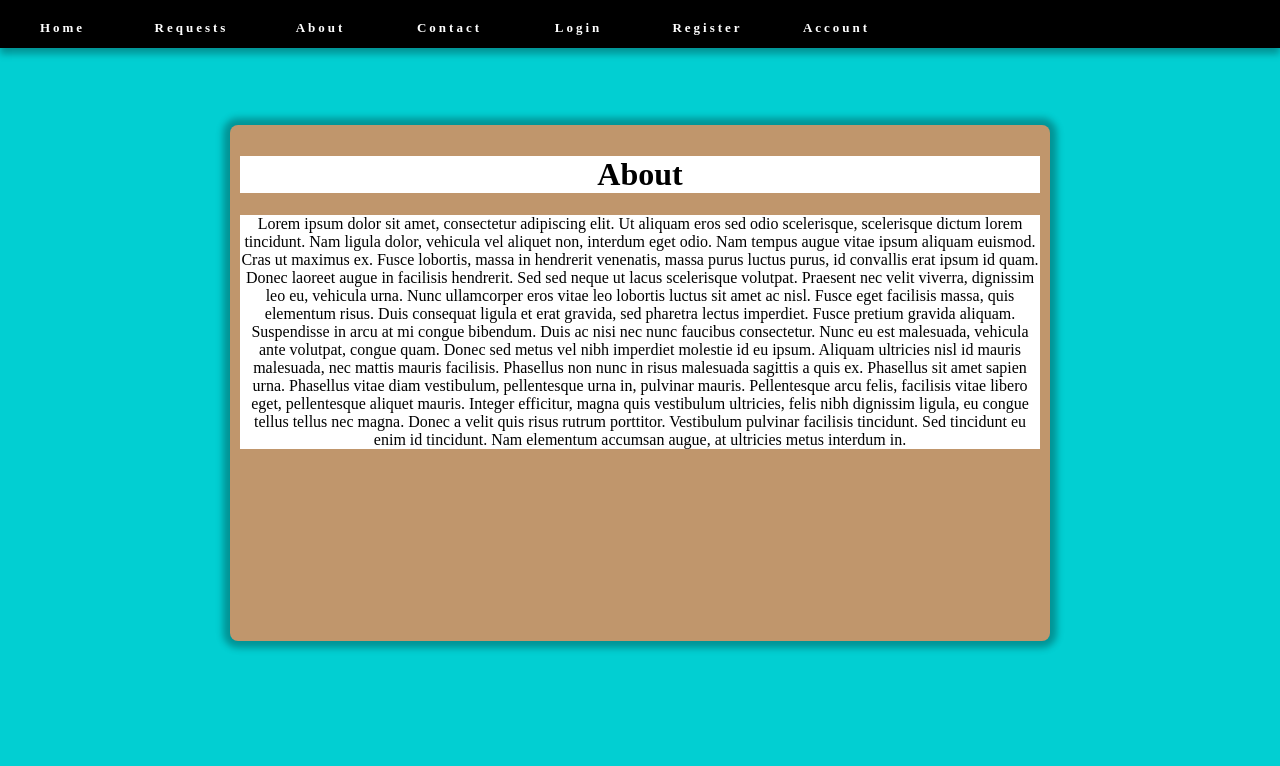
Repository: mailog/Tomorrow
Page: http://localhost/about
The author's editor kept a copy of each file at every save. The page is drawn from the files as they stood at one save, then again after the next save.
The browser window is 1280 px wide. The pictures show the whole page.
The page is this project's Thymeleaf template; nobody is signed in. The template is opened directly, without the code that normally fills it, so the values that code supplies are empty.

Above is the page before, as saved 2017-07-30 06:09:50.

After the next save:
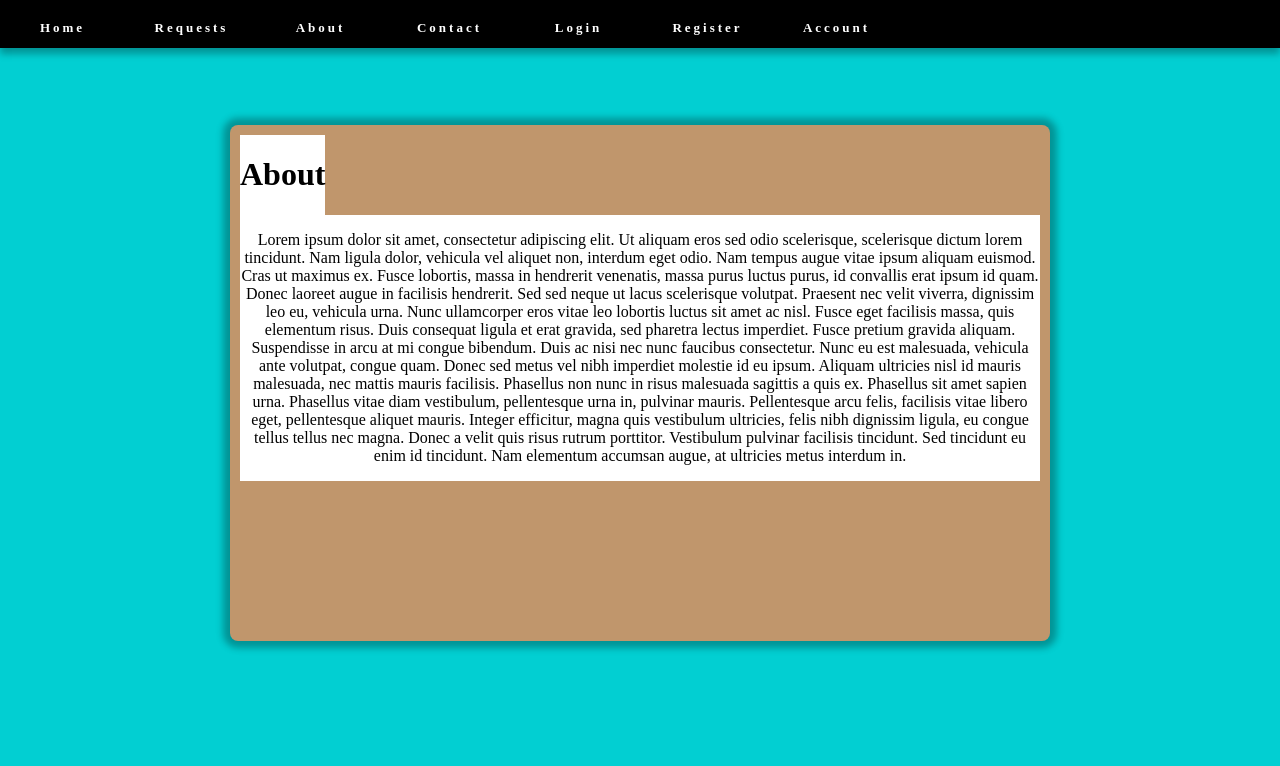
Saved 20 s later.
--- a/Tomorrow/src/main/resources/static/css/about.css
+++ b/Tomorrow/src/main/resources/static/css/about.css
@@ -18,7 +18,7 @@
 
 .label
 {
-	float:inherit;
+	float:left;;
 	background-color:white;
 	color:black;
 }

After the 2 saves that followed:
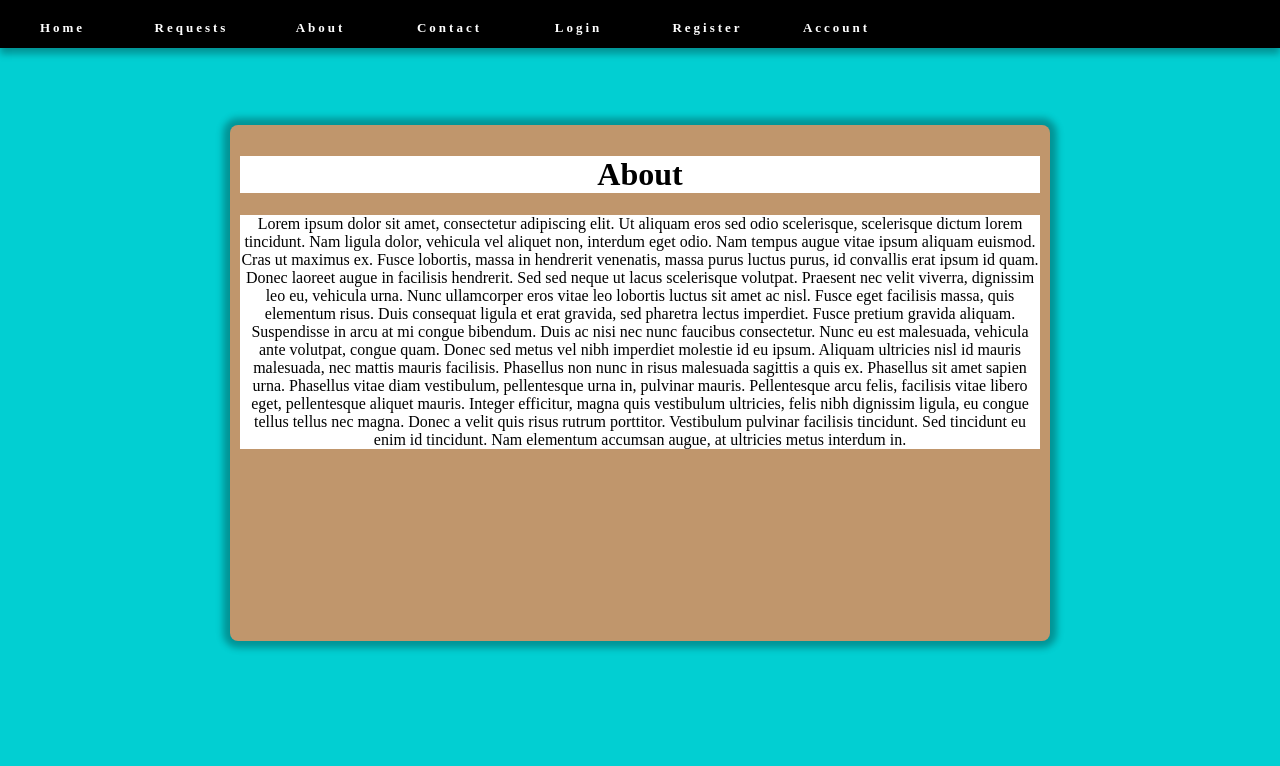
The 2 saves are shown as one change because 1 left the picture as it was.
The last was saved 42 s later.
--- a/Tomorrow/src/main/resources/static/css/about.css
+++ b/Tomorrow/src/main/resources/static/css/about.css
@@ -18,7 +18,7 @@
 
 .label
 {
-	float:left;;
+	float:none;
 	background-color:white;
 	color:black;
 }
